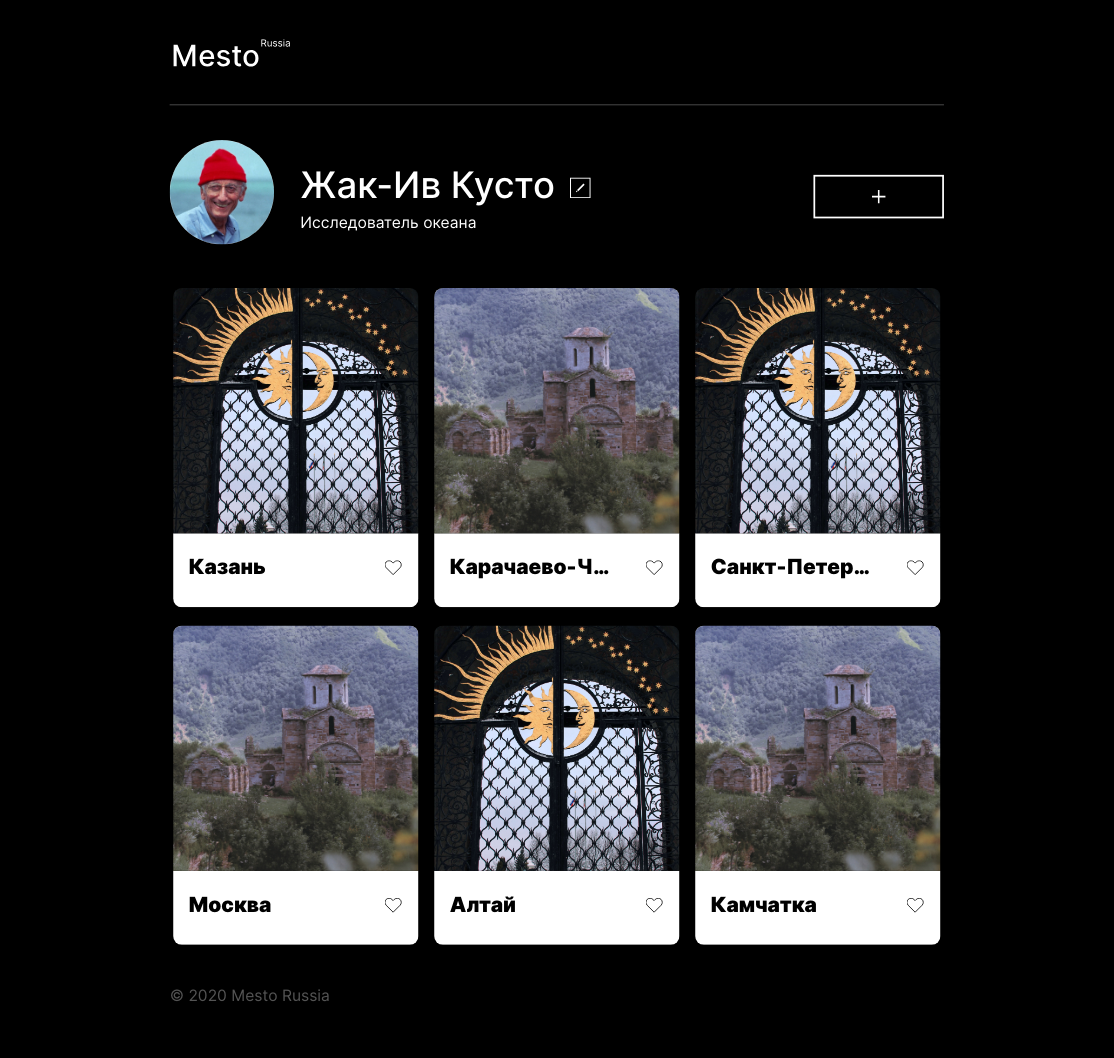
Repository: zajcevakaterina/mesto
Page: index.html
These files come from the project's save history. The page is drawn as it stood at one moment and after the next save; the edit follows.
The browser window is 1280 px wide. The pictures show the whole page, at 87% of full size.

Above is the page before, as saved 2020-05-07 14:30:32.

After the next save:
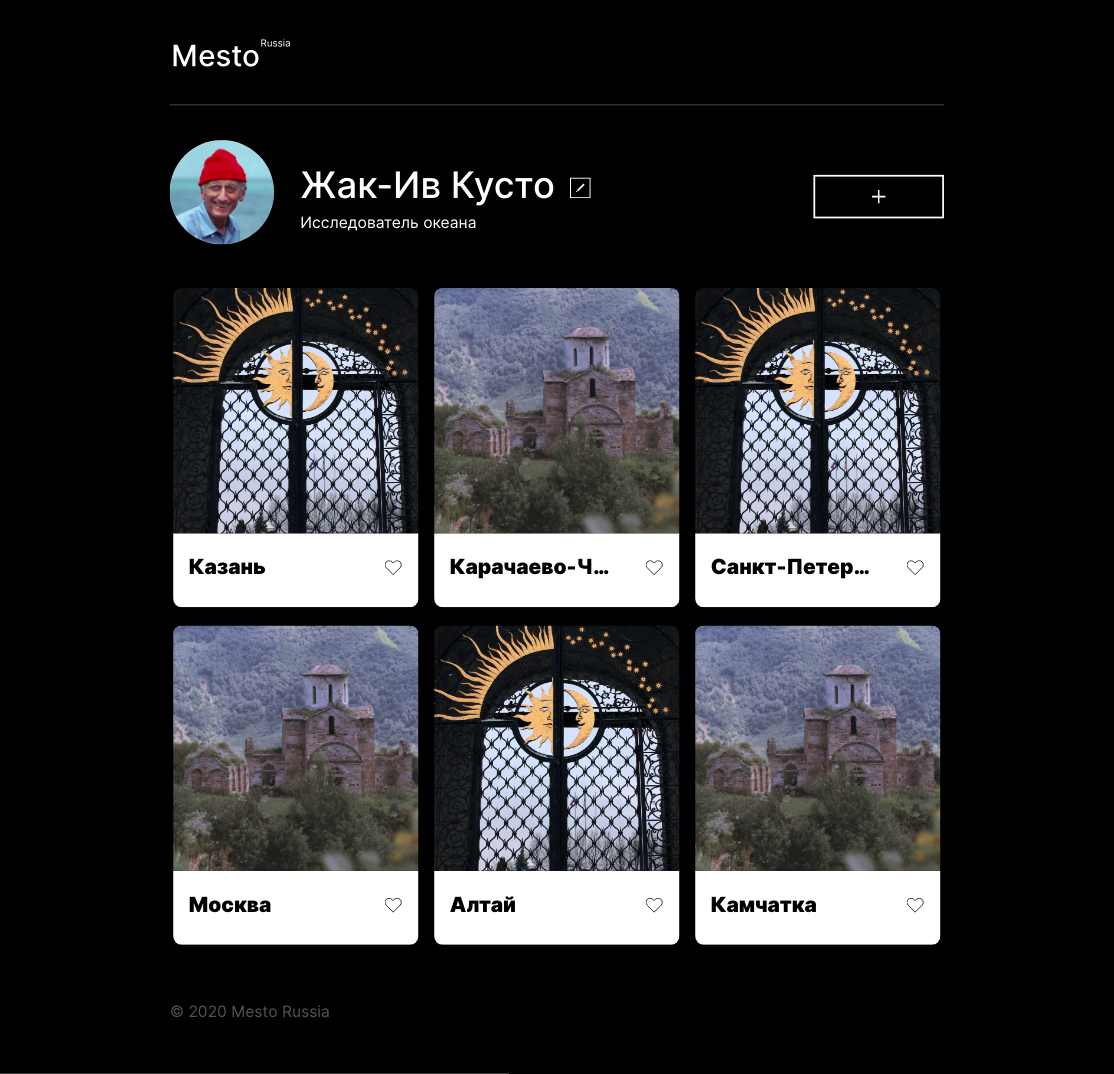
Saved 4 s later.
--- a/blocks/places/places.css
+++ b/blocks/places/places.css
@@ -17,7 +17,6 @@
 @media screen and (min-width: 768px) {
   .places {
     row-gap: 21px;
-    padding-bottom: 48px;
-    /* justify-content: ; */
+    padding-bottom: 66px;
   }
 }
